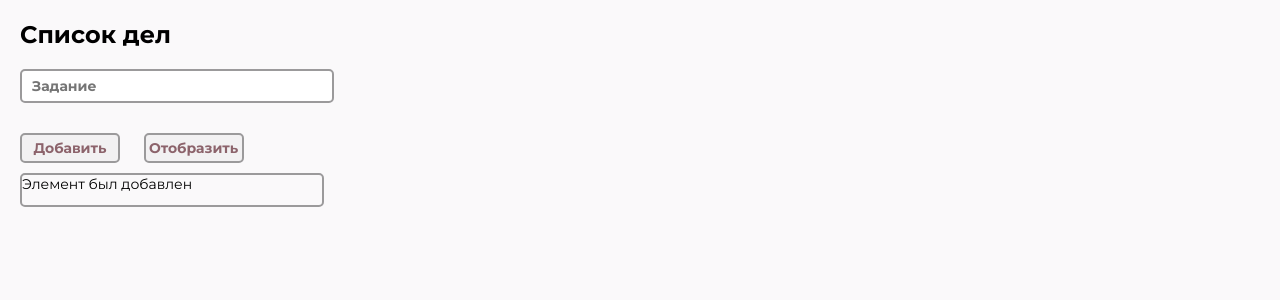
Repository: andbaik/it_unit9
Page: index.html
An editor plug-in stored every save of this project. The page is shown before and after the next save, followed by the edit.
The browser window is 1280 px wide. The pictures show the whole page.

Above is the page before, as saved 2021-04-06 22:15:37.

After the next save:
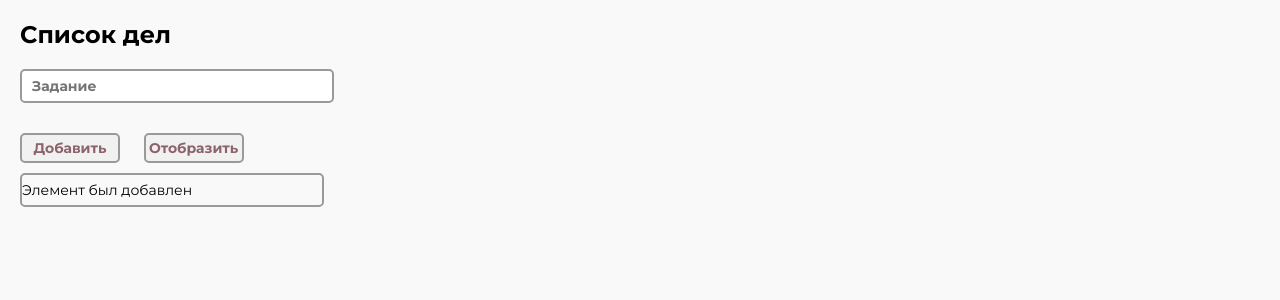
Saved 5 s later.
--- a/css/style.css
+++ b/css/style.css
@@ -53,7 +53,7 @@ section .btn-block{
     height: 30px;
     border: 2px solid #9B9A9B;
     border-radius: 5px;
-    line-height: center;
+    line-height: 30px;
 }
 
 /*
